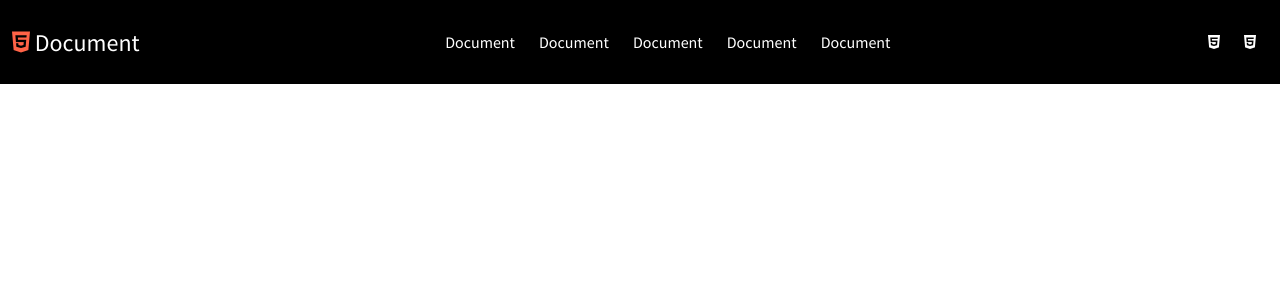
Repository: GoodHoneyCake/Dream_Coding_Academy2
Page: index.html
These files come from the project's save history. The page is drawn as it stood at one moment and after the next save; the edit follows.
The browser window is 1280 px wide. The pictures show the whole page.
Some web libraries are served in a nearby version.

Above is the page before, as saved 2021-01-07 16:52:11.

After the next save:
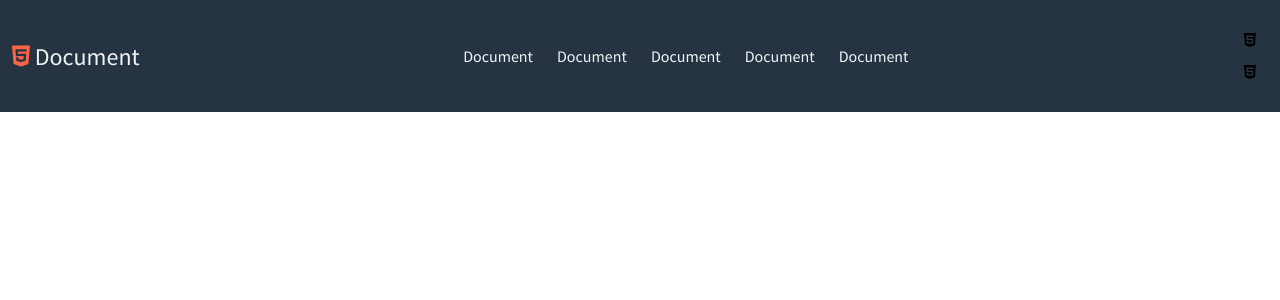
Saved 72 s later.
--- a/style.css
+++ b/style.css
@@ -11,24 +11,24 @@ body {
 
 a {
   text-decoration: none;
-  color: white;
+  color: var(--text-color);
 }
 
 .navbar {
   display: flex;
   justify-content: space-between;
   align-items: center;
-  background-color: black;
+  background-color: var(--background-color);
   padding: 8px 12px;
 }
 
 .navbar__logo {
   font-size: 24px;
-  color: white;
+  color: var(--text-color)
 }
 
 .navbar__logo i {
-  color: #ff6347;
+  color: var(--accent-color);
 }
 
 .navbar__menu {
@@ -42,13 +42,13 @@ a {
 }
 
 .navbar__menu li:hover {
-  background-color: gold;
+  background-color: var(--accent-color);
   border-radius: 4px;
 }
 
 .navbar__icons {
   list-style: none;
-  color: white;
+  color: var(--text-color)
   display: flex;
   padding-left: 0;
 }
@@ -62,7 +62,7 @@ a {
   position: absolute;
   right: 32px;
   font-size: 24px;
-  color: greenyellow;
+  color: var(--accent-color)
 }
 
 @media screen and (max-width: 768px) {
